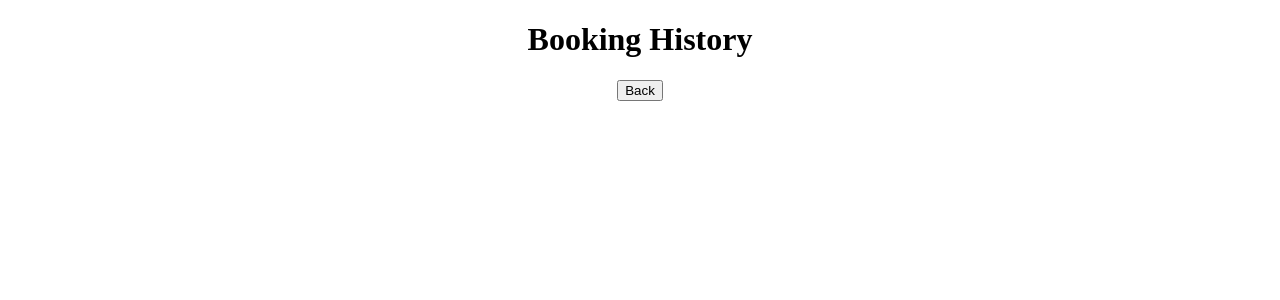
Repository: NAYAN9534/vehicle-booking-system
Page: http://localhost/minor/admin_feedback_his.jsp
An editor plug-in stored every save of this project. The page is shown before and after the next save, followed by the edit.
The browser window is 1280 px wide. The pictures show the whole page.
The page is served by Tomcat 9. Queries for data that is not in the repository find no rows.

Above is the page before, as saved 2017-05-28 08:26:12.

### minor/WebContent/admin_feedback_his.jsp
<%@ page language="java" contentType="text/html; charset=ISO-8859-1"
    pageEncoding="ISO-8859-1"%>
<!DOCTYPE html PUBLIC "-//W3C//DTD HTML 4.01 Transitional//EN" "http://www.w3.org/TR/html4/loose.dtd">
<html>
<head>
<meta http-equiv="Content-Type" content="text/html; charset=ISO-8859-1">
<title>Insert title here</title>
</head>
<body>
<%@page import="javax.sql.*" %>
<%@page import="java.sql.*"%>
<%
try{

	Class.forName("com.mysql.jdbc.Driver");
	String contact_no=(String)session.getAttribute("mobile");
	java.sql.Connection con= DriverManager.getConnection("jdbc:mysql://localhost:3306/goods_service_db","root" , "");

	PreparedStatement p = con.prepareStatement("select * from user_feedback");

	ResultSet result = p.executeQuery();
	%>

	<H1 align="center" >Booking History</h1>
	<TABLE Border="0" align="center">
	<% while(result.next())
	{
	%>
				<TR><TD><b>Contact &nbsp;&nbsp;&nbsp;&nbsp;&nbsp;&nbsp;: &nbsp;</b><%= result.getString(1) %> </TD></TR>
               <TR><TD><b> Feedback &nbsp;&nbsp;: &nbsp;</b><%= result.getString(2) %> </TD></TR>
               <TR><TD><b>--------------------------------------------------------</TD></TR>
       <%} %>
       </TABLE>
       <center><a href="adminprofile.jsp"><button>Back</button></a></center>
	<%
}

catch (Exception e)
{}
%>
</body>
</html>

After the next save:
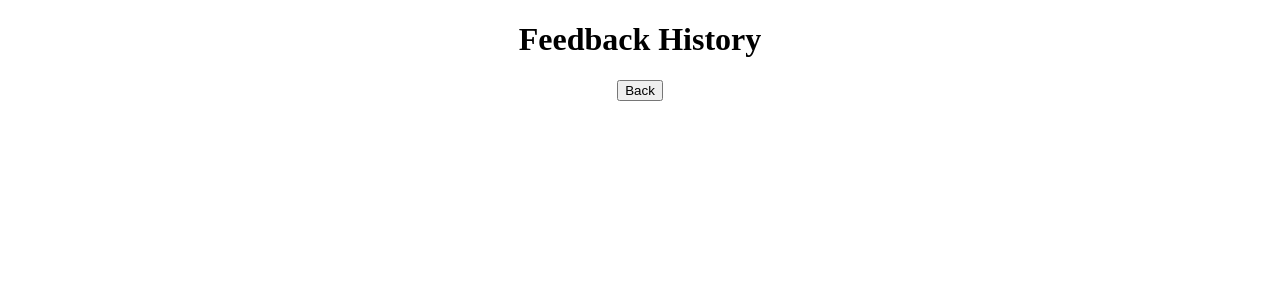
Saved 61 s later.
--- a/minor/WebContent/admin_feedback_his.jsp
+++ b/minor/WebContent/admin_feedback_his.jsp
@@ -21,7 +21,7 @@ try{
 	ResultSet result = p.executeQuery();
 	%>
 
-	<H1 align="center" >Booking History</h1>
+	<H1 align="center" >Feedback History</h1>
 	<TABLE Border="0" align="center">
 	<% while(result.next())
 	{
